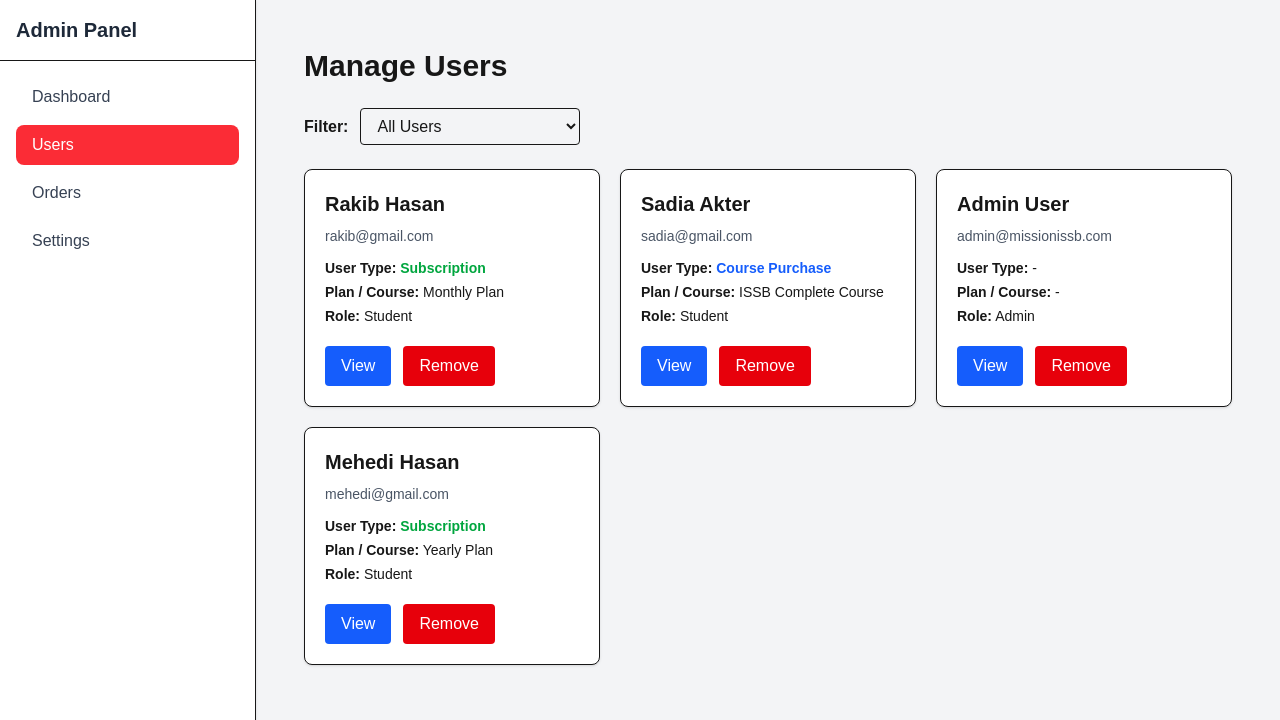
Repository: mdmuhibullahhabib/missionissb
Page: /admin/users
An editor plug-in stored every save of this project. The page is shown before and after the next save, followed by the edit.
The browser window is 1280 px wide. The pictures show the whole page.
The project was rebuilt for these pictures with package versions that can differ from the ones it lists, and the page was loaded fresh each time. The framework's server and built-in components were replaced by stand-ins that run in the browser. Also part of the build but not shown: next.config.mjs, components/shared/Footer.jsx, components/user/UserDrawerMenu.jsx, components/shared/Navbar.jsx.

Above is the page before, as saved 2025-12-09 23:29:02.

### app/layout.js
import { Geist, Geist_Mono } from 'next/font/google'
import './globals.css'
import Footer from '@/components/shared/Footer'
import Navbar from '@/components/shared/Navbar'
import NextAuthProvider from './providers/NextAuthProvider'
import LayoutWrapper from '@/components/LayoutWrapper'

const geistSans = Geist({
  variable: '--font-geist-sans',
  subsets: ['latin']
})

const geistMono = Geist_Mono({
  variable: '--font-geist-mono',
  subsets: ['latin']
})

export const metadata = {
  title: 'Mission ISSB',
  description: 'Generated by create next app'
}

export default function RootLayout({ children }) {
  return (
    <html lang='en' suppressHydrationWarning={true}>
      <body
        className={`${geistSans.variable} ${geistMono.variable} antialiased`}
      >
        <NextAuthProvider>

                    <LayoutWrapper>{children}</LayoutWrapper>


          {/* <Navbar />

          {children}

          <Footer /> */}
        </NextAuthProvider>
      </body>
    </html>
  )
}

### app/admin/layout.js
"use client";

import Link from "next/link";
import { usePathname } from "next/navigation";

export default function AdminLayout({ children }) {
  const pathname = usePathname();

  const menuItems = [
    { name: "Dashboard", path: "/admin/dashboard" },
    { name: "Users", path: "/admin/users" },
    { name: "Orders", path: "/admin/orders" },
    { name: "Settings", path: "/admin/settings" },
  ];

  return (
    <div className="flex min-h-screen bg-gray-100">
      {/* Sidebar */}
      <aside className="w-64 bg-white border-r shadow-sm hidden md:block">
        <div className="p-4 border-b">
          <h1 className="text-xl font-bold text-gray-800">Admin Panel</h1>
        </div>
        <nav className="p-4 space-y-2">
          {menuItems.map((item) => (
            <Link
              key={item.path}
              href={item.path}
              className={`block px-4 py-2 rounded-lg font-medium ${
                pathname === item.path
                  ? "bg-red-500 text-white"
                  : "text-gray-700 hover:bg-gray-100"
              }`}
            >
              {item.name}
            </Link>
          ))}
        </nav>
      </aside>

      {/* Main content */}
      <main className="flex-1 p-6">
        {children}
      </main>
    </div>
  );
}

### app/admin/users/page.jsx
"use client";
import React, { useState } from "react";

const ManageUsers = () => {
  const usersData = [
    {
      id: 1,
      name: "Rakib Hasan",
      email: "rakib@gmail.com",
      type: "subscription",
      role: "student",
      plan: "Monthly Plan",
    },
    {
      id: 2,
      name: "Sadia Akter",
      email: "sadia@gmail.com",
      type: "course",
      role: "student",
      plan: "ISSB Complete Course",
    },
    {
      id: 3,
      name: "Admin User",
      email: "admin@missionissb.com",
      type: "none",
      role: "admin",
      plan: "-",
    },
    {
      id: 4,
      name: "Mehedi Hasan",
      email: "mehedi@gmail.com",
      type: "subscription",
      role: "student",
      plan: "Yearly Plan",
    },
  ];

  const [filter, setFilter] = useState("all");

  const filteredUsers = usersData.filter((user) => {
    if (filter === "all") return true;
    if (filter === "subscription") return user.type === "subscription";
    if (filter === "course") return user.type === "course";
    if (filter === "student") return user.role === "student";
    return true;
  });

  return (
    <div className="p-6">
      <h1 className="text-3xl font-bold mb-6">Manage Users</h1>

      {/* Filter Section */}
      <div className="mb-6 flex items-center gap-3">
        <label className="font-semibold">Filter:</label>
        <select
          className="border px-3 py-2 rounded"
          value={filter}
          onChange={(e) => setFilter(e.target.value)}
        >
          <option value="all">All Users</option>
          <option value="subscription">Subscription Based</option>
          <option value="course">Course Purchase Based</option>
          <option value="student">Student Only</option>
        </select>
      </div>

      {/* Users Grid */}
      <div className="grid grid-cols-1 md:grid-cols-2 lg:grid-cols-3 gap-5">
        {filteredUsers.map((user) => (
          <div
            key={user.id}
            className="border rounded-lg p-5 shadow hover:shadow-lg transition bg-white"
          >
            <h2 className="text-xl font-bold mb-2">{user.name}</h2>
            <p className="text-sm text-gray-600 mb-1">{user.email}</p>

            <div className="mt-3">
              <p className="text-sm">
                <span className="font-semibold">User Type:</span>{" "}
                {user.type === "subscription" ? (
                  <span className="text-green-600 font-semibold">Subscription</span>
                ) : user.type === "course" ? (
                  <span className="text-blue-600 font-semibold">Course Purchase</span>
                ) : (
                  "-"
                )}
              </p>

              <p className="text-sm mt-1">
                <span className="font-semibold">Plan / Course:</span> {user.plan}
              </p>

              <p className="text-sm mt-1 capitalize">
                <span className="font-semibold">Role:</span> {user.role}
              </p>
            </div>

            {/* Buttons */}
            <div className="flex gap-3 mt-5">
              <button className="px-4 py-2 rounded bg-blue-600 text-white hover:bg-blue-700">
                View
              </button>
              <button className="px-4 py-2 rounded bg-red-600 text-white hover:bg-red-700">
                Remove
              </button>
            </div>
          </div>
        ))}
      </div>

      {filteredUsers.length === 0 && (
        <p className="text-center mt-6 text-gray-500">
          No users found for this filter.
        </p>
      )}
    </div>
  );
};

export default ManageUsers;

### app/providers/NextAuthProvider.jsx
"use client"
import { SessionProvider } from 'next-auth/react'
import React from 'react'

const NextAuthProvider = ({ children }) => {
    return <SessionProvider>{children}</SessionProvider>
}

export default NextAuthProvider;

### components/LayoutWrapper.jsx
"use client";

import { usePathname } from "next/navigation";
import Navbar from "./shared/Navbar";
import Footer from "./shared/Footer";

export default function LayoutWrapper({ children }) {
  const pathname = usePathname();
  const isAdmin = pathname.startsWith("/admin");
  const isAuth = pathname.startsWith("/auth");

  return (
    <>
      {!isAdmin && !isAuth && <Navbar />}

      <main>{children}</main>

      {!isAdmin && !isAuth && <Footer />}
    </>
  );
}

Loaded but not shown: app/globals.css (common file)

After the next save:
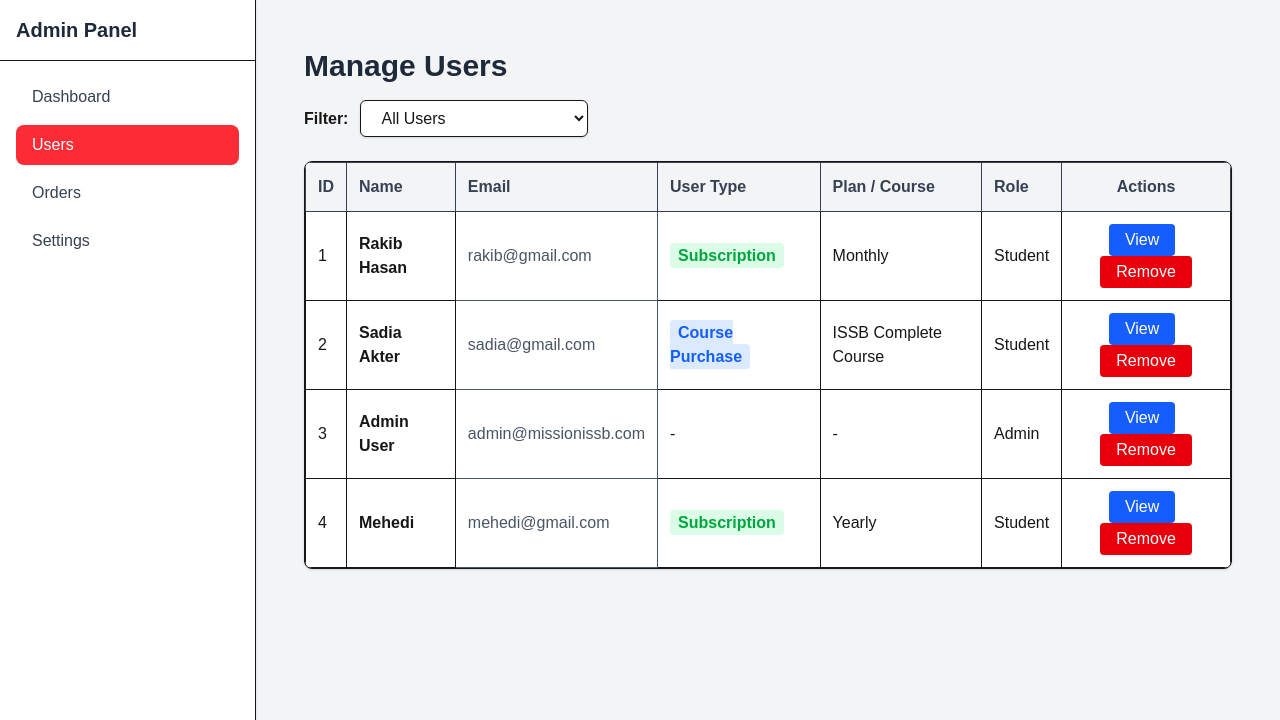
Saved 76 s later.
--- a/app/admin/users/page.jsx
+++ b/app/admin/users/page.jsx
@@ -2,6 +2,7 @@
 import React, { useState } from "react";
 
 const ManageUsers = () => {
+  // Fake Users
   const usersData = [
     {
       id: 1,
@@ -9,7 +10,7 @@ const ManageUsers = () => {
       email: "rakib@gmail.com",
       type: "subscription",
       role: "student",
-      plan: "Monthly Plan",
+      plan: "Monthly",
     },
     {
       id: 2,
@@ -29,11 +30,11 @@ const ManageUsers = () => {
     },
     {
       id: 4,
-      name: "Mehedi Hasan",
+      name: "Mehedi",
       email: "mehedi@gmail.com",
       type: "subscription",
       role: "student",
-      plan: "Yearly Plan",
+      plan: "Yearly",
     },
   ];
 
@@ -49,72 +50,87 @@ const ManageUsers = () => {
 
   return (
     <div className="p-6">
-      <h1 className="text-3xl font-bold mb-6">Manage Users</h1>
+      <h1 className="text-3xl font-extrabold mb-4 text-gray-800">
+        Manage Users
+      </h1>
 
-      {/* Filter Section */}
+      {/* Filter Dropdown */}
       <div className="mb-6 flex items-center gap-3">
         <label className="font-semibold">Filter:</label>
         <select
-          className="border px-3 py-2 rounded"
+          className="border px-4 py-2 rounded-md shadow-sm bg-white focus:ring-2 focus:ring-blue-500"
           value={filter}
           onChange={(e) => setFilter(e.target.value)}
         >
           <option value="all">All Users</option>
           <option value="subscription">Subscription Based</option>
           <option value="course">Course Purchase Based</option>
-          <option value="student">Student Only</option>
+          <option value="student">Only Students</option>
         </select>
       </div>
 
-      {/* Users Grid */}
-      <div className="grid grid-cols-1 md:grid-cols-2 lg:grid-cols-3 gap-5">
-        {filteredUsers.map((user) => (
-          <div
-            key={user.id}
-            className="border rounded-lg p-5 shadow hover:shadow-lg transition bg-white"
-          >
-            <h2 className="text-xl font-bold mb-2">{user.name}</h2>
-            <p className="text-sm text-gray-600 mb-1">{user.email}</p>
+      {/* Table */}
+      <div className="overflow-x-auto rounded-lg shadow border bg-white">
+        <table className="w-full">
+          <thead className="bg-gray-100 text-gray-700">
+            <tr>
+              <th className="border p-3 text-left">ID</th>
+              <th className="border p-3 text-left">Name</th>
+              <th className="border p-3 text-left">Email</th>
+              <th className="border p-3 text-left">User Type</th>
+              <th className="border p-3 text-left">Plan / Course</th>
+              <th className="border p-3 text-left">Role</th>
+              <th className="border p-3 text-center">Actions</th>
+            </tr>
+          </thead>
 
-            <div className="mt-3">
-              <p className="text-sm">
-                <span className="font-semibold">User Type:</span>{" "}
-                {user.type === "subscription" ? (
-                  <span className="text-green-600 font-semibold">Subscription</span>
-                ) : user.type === "course" ? (
-                  <span className="text-blue-600 font-semibold">Course Purchase</span>
-                ) : (
-                  "-"
-                )}
-              </p>
+          <tbody>
+            {filteredUsers.map((user) => (
+              <tr
+                key={user.id}
+                className="hover:bg-gray-50 transition-all duration-200"
+              >
+                <td className="border p-3">{user.id}</td>
+                <td className="border p-3 font-semibold">{user.name}</td>
+                <td className="border p-3 text-gray-600">{user.email}</td>
 
-              <p className="text-sm mt-1">
-                <span className="font-semibold">Plan / Course:</span> {user.plan}
-              </p>
+                <td className="border p-3 capitalize">
+                  {user.type === "subscription" && (
+                    <span className="text-green-600 font-semibold bg-green-100 px-2 py-1 rounded">
+                      Subscription
+                    </span>
+                  )}
+                  {user.type === "course" && (
+                    <span className="text-blue-600 font-semibold bg-blue-100 px-2 py-1 rounded">
+                      Course Purchase
+                    </span>
+                  )}
+                  {user.type === "none" && <span>-</span>}
+                </td>
 
-              <p className="text-sm mt-1 capitalize">
-                <span className="font-semibold">Role:</span> {user.role}
-              </p>
-            </div>
+                <td className="border p-3">{user.plan}</td>
 
-            {/* Buttons */}
-            <div className="flex gap-3 mt-5">
-              <button className="px-4 py-2 rounded bg-blue-600 text-white hover:bg-blue-700">
-                View
-              </button>
-              <button className="px-4 py-2 rounded bg-red-600 text-white hover:bg-red-700">
-                Remove
-              </button>
-            </div>
-          </div>
-        ))}
+                <td className="border p-3 capitalize">{user.role}</td>
+
+                <td className="border p-3 text-center">
+                  <button className="px-4 py-1 rounded bg-blue-600 text-white hover:bg-blue-700 transition mr-2">
+                    View
+                  </button>
+                  <button className="px-4 py-1 rounded bg-red-600 text-white hover:bg-red-700 transition">
+                    Remove
+                  </button>
+                </td>
+              </tr>
+            ))}
+          </tbody>
+        </table>
+
+        {filteredUsers.length === 0 && (
+          <p className="text-center p-4 text-gray-500">
+            No users found for this filter.
+          </p>
+        )}
       </div>
-
-      {filteredUsers.length === 0 && (
-        <p className="text-center mt-6 text-gray-500">
-          No users found for this filter.
-        </p>
-      )}
     </div>
   );
 };
